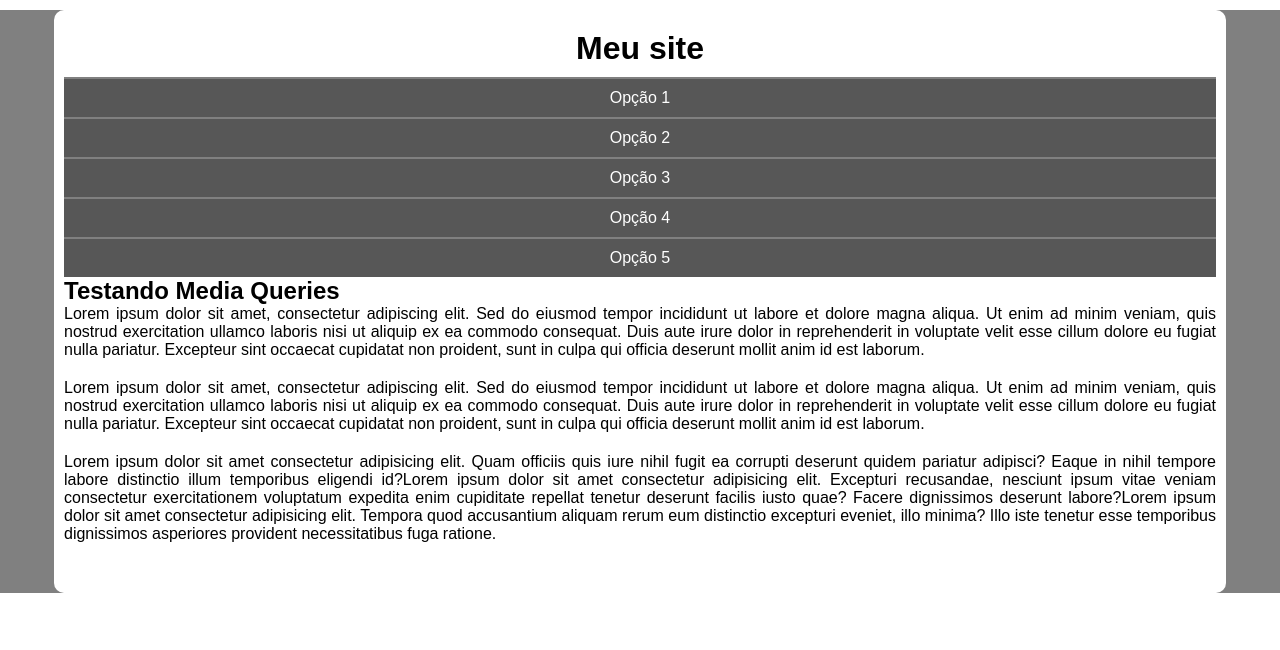
Repository: Sandro1969-tech/menu-hamburger
Page: index.html
The author's editor kept a copy of each file at every save. The page is drawn from the files as they stood at one save, then again after a run of saves.
The browser window is 1280 px wide. The pictures show the whole page.

Above is the page before, as saved 2025-12-25 18:43:28.

After the next 2 saves:
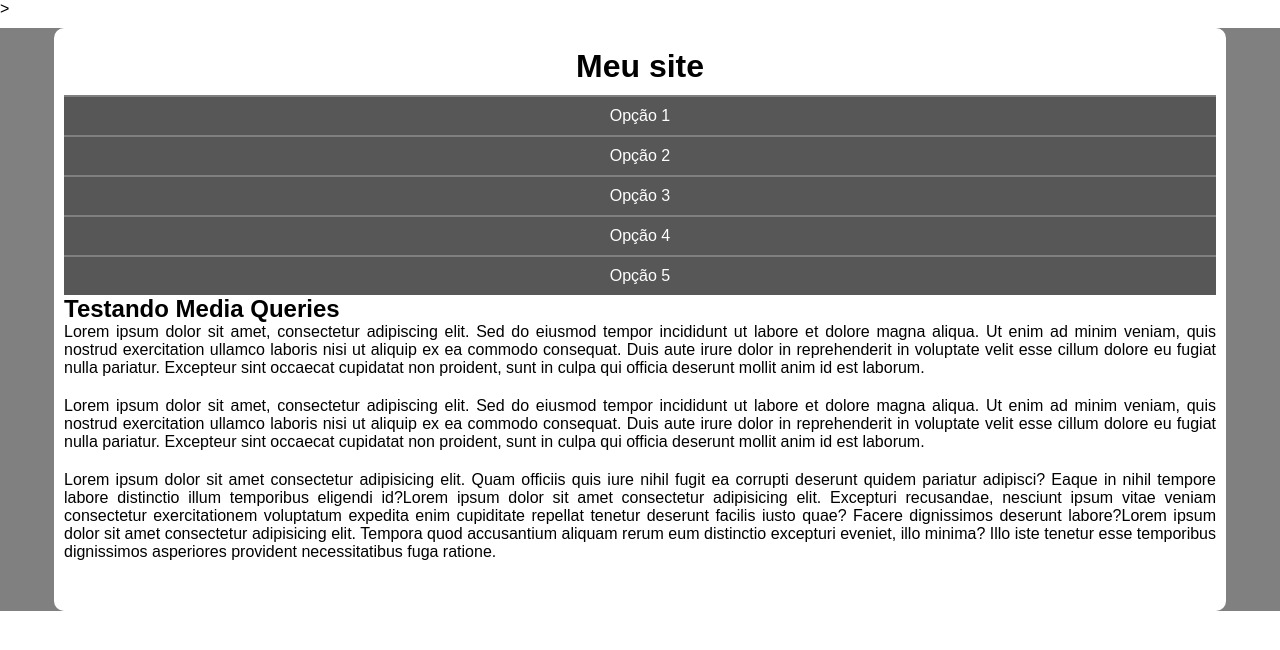
The 2 saves are shown as one change because they came seconds apart.
The last was saved 15 s later.
--- a/index.html
+++ b/index.html
@@ -5,7 +5,7 @@
     <meta name="viewport" content="width=device-width, initial-scale=1.0">
     <title>Media Queries</title>
     <link rel="stylesheet" href="style.css">
-    <link rel="icon" href="image/iconmenu.png">
+    <link rel="icon" href="image/iconmenu.png" type="image/x-icon">>
 </head>
 <body>
   <header>

After the save that followed:
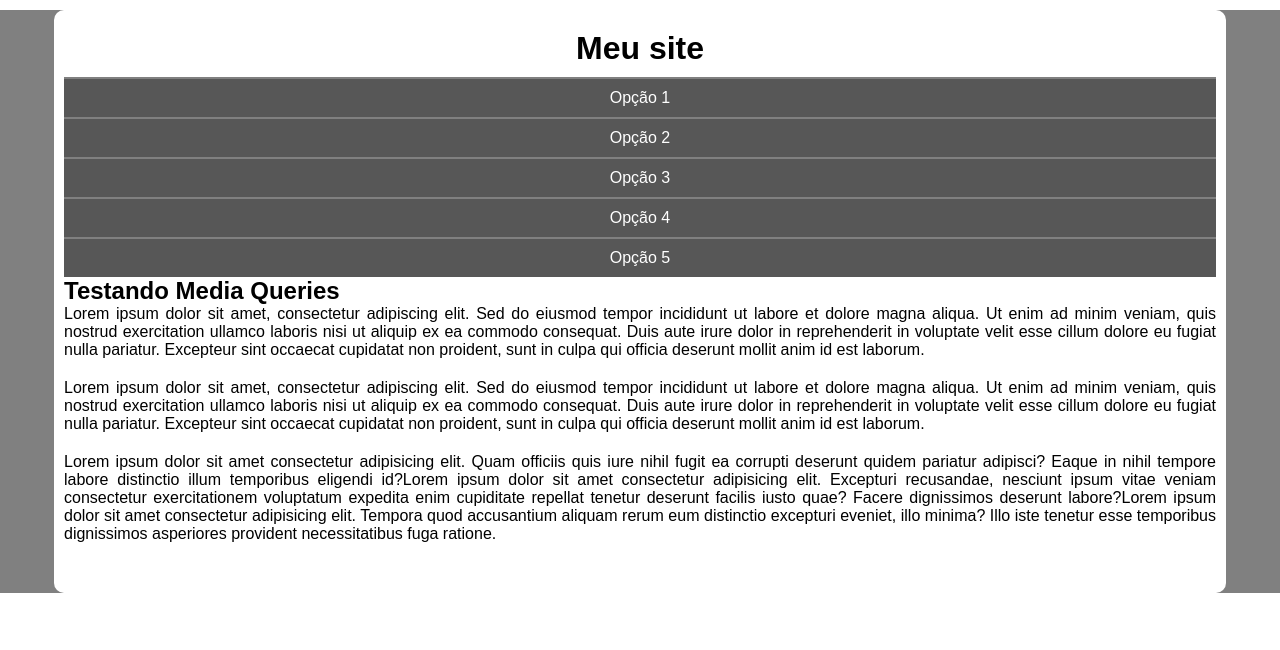
Saved 5 s later.
--- a/index.html
+++ b/index.html
@@ -5,7 +5,7 @@
     <meta name="viewport" content="width=device-width, initial-scale=1.0">
     <title>Media Queries</title>
     <link rel="stylesheet" href="style.css">
-    <link rel="icon" href="image/iconmenu.png" type="image/x-icon">>
+    <link rel="icon" href="image/iconmenu.png" type="image/x-icon">
 </head>
 <body>
   <header>
